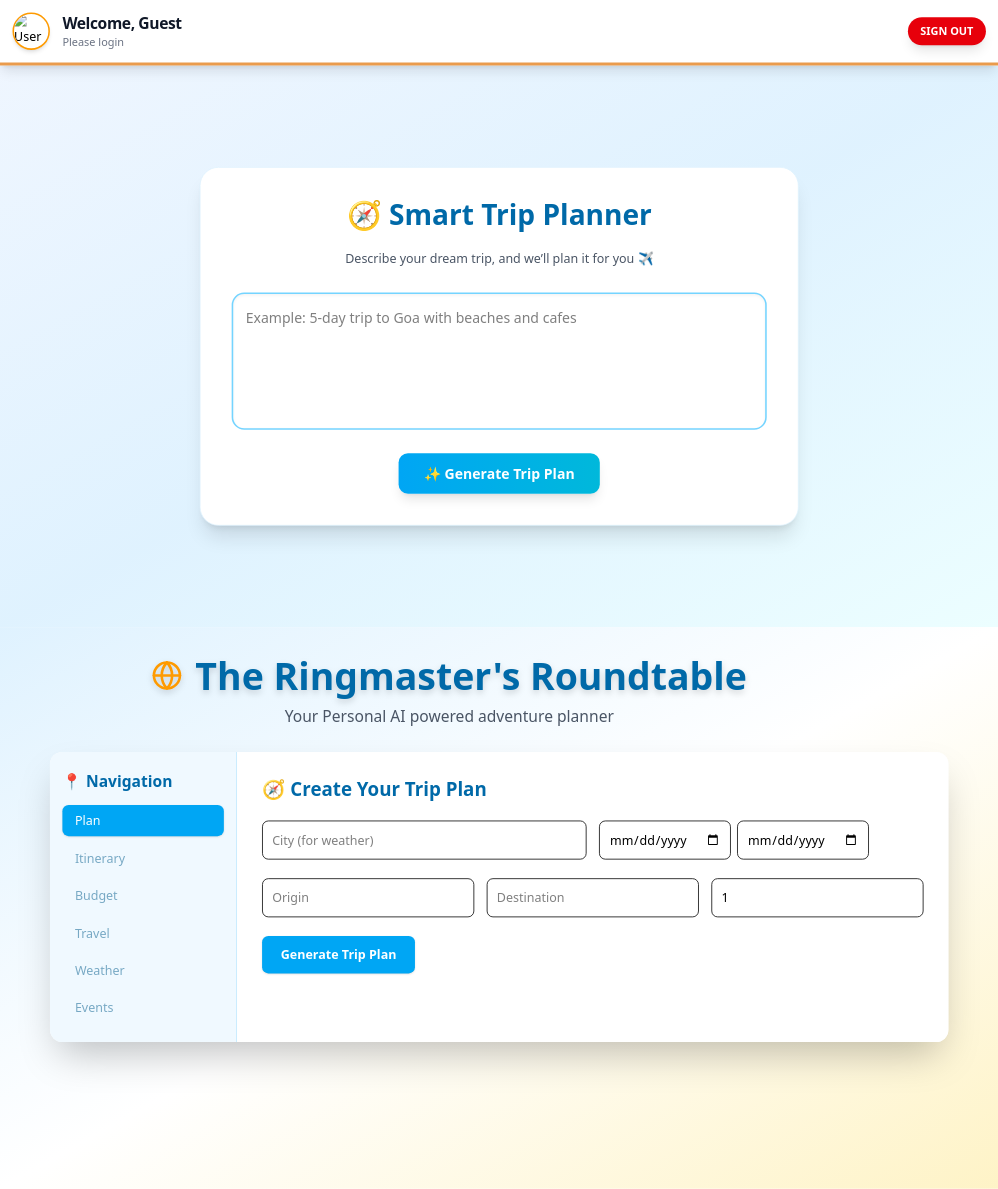
Repository: vega2006/The-Ringmaster-s-Roundtable
Page: /dashboard (app in client/)
An editor plug-in stored every save of this project. The page is shown before and after the next save, followed by the edit.
The browser window is 1280 px wide. The pictures show the whole page, at 78% of full size.
The page's requests for data from a server got no answer. The project was rebuilt for these pictures with package versions that can differ from the ones it lists, and the page was loaded fresh each time. No one was signed in, and anything a server would have sent is missing. Also part of the build but not shown: client/vite.config.js, client/src/components/GoogleLogin.jsx, client/src/components/NotFound.jsx, client/src/components/WeatherContent.jsx, client/src/components/TravelContent.jsx, client/src/components/ItineraryContent.jsx, client/src/components/BudgetContent.jsx, client/src/components/EventsContent.jsx and 1 more.

Above is the page before, as saved 2025-10-08 23:02:25.

After the next save:
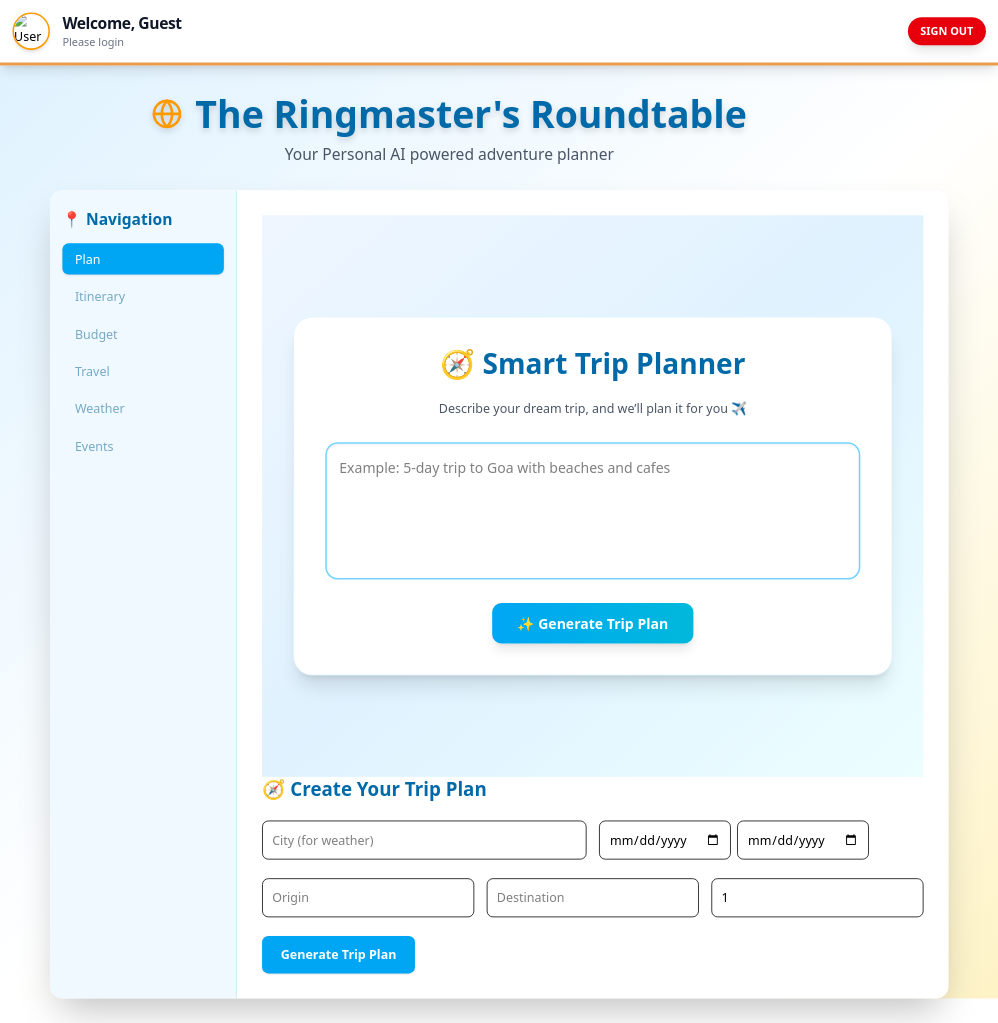
Saved 43 s later.
--- a/client/src/pages/Dashboard.jsx
+++ b/client/src/pages/Dashboard.jsx
@@ -64,12 +64,13 @@ const Dashboard = () => {
             </div>
 
       <TripProvider>
-        <PlanByPrompt/>
+
         <div className="min-h-screen bg-gradient-to-br from-sky-100 via-white to-amber-100 font-inter">
           <AppHeader />
           <div className="max-w-6xl mx-auto grid grid-cols-1 md:grid-cols-[240px_1fr] bg-white shadow-2xl rounded-2xl overflow-hidden mt-4 mb-8">
             <Sidebar />
             <MainContent>
+               <PlanByPrompt/>
               <ContentRouter />
             </MainContent>
           </div>
